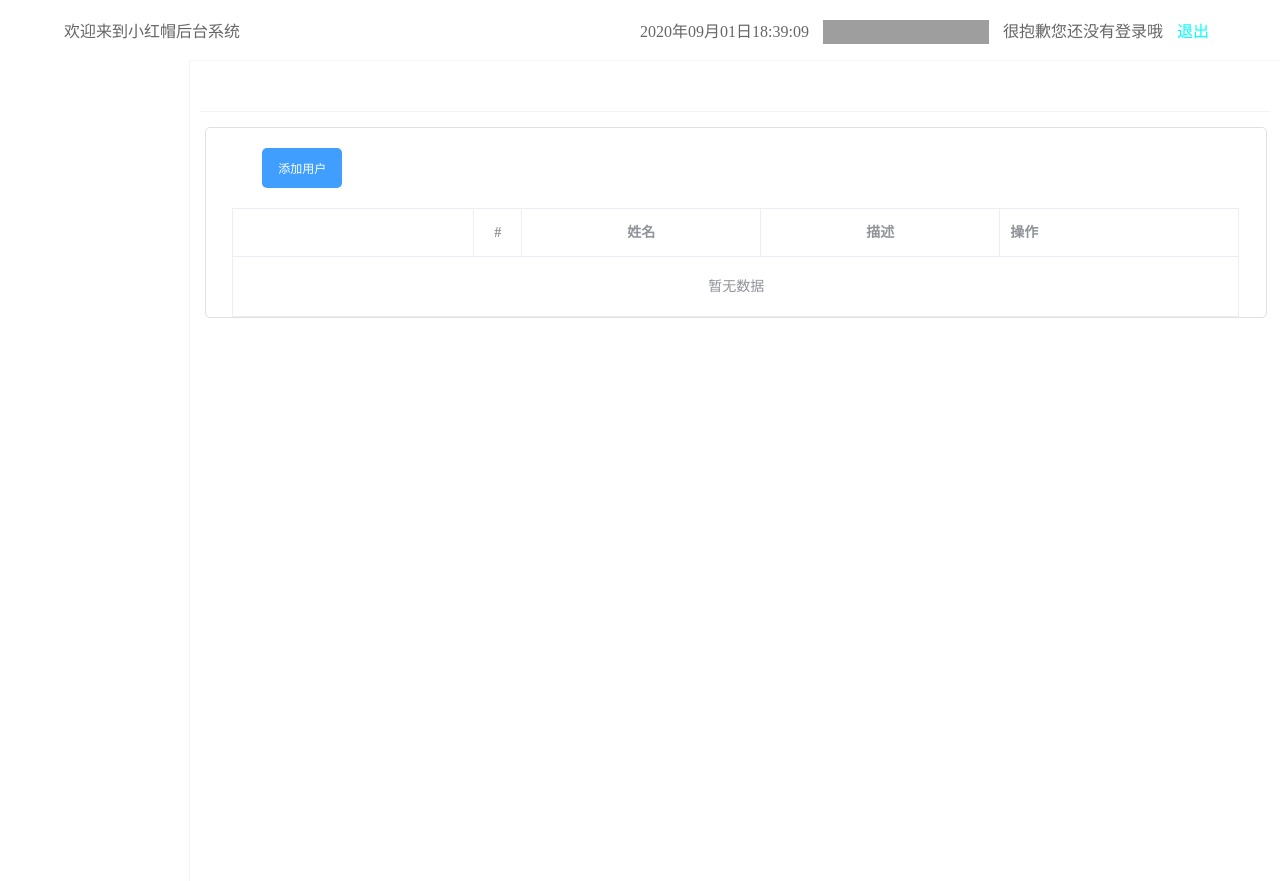
Repository: jinggegeZ/whitesystem
Page: /rights/roles
An editor plug-in stored every save of this project. The page is shown before and after the next save, followed by the edit.
The browser window is 1280 px wide. The pictures show the whole page.
Pictures or frames that could not be fetched are drawn as grey boxes. The page's requests for data from a server got no answer. The project was rebuilt for these pictures with package versions that can differ from the ones it lists, and the page was loaded fresh each time. No one was signed in, and anything a server would have sent is missing. Also part of the build but not shown: vue.config.js, src/views/Home.vue.

Above is the page before, as saved 2020-09-02 12:54:02.

After the next save:
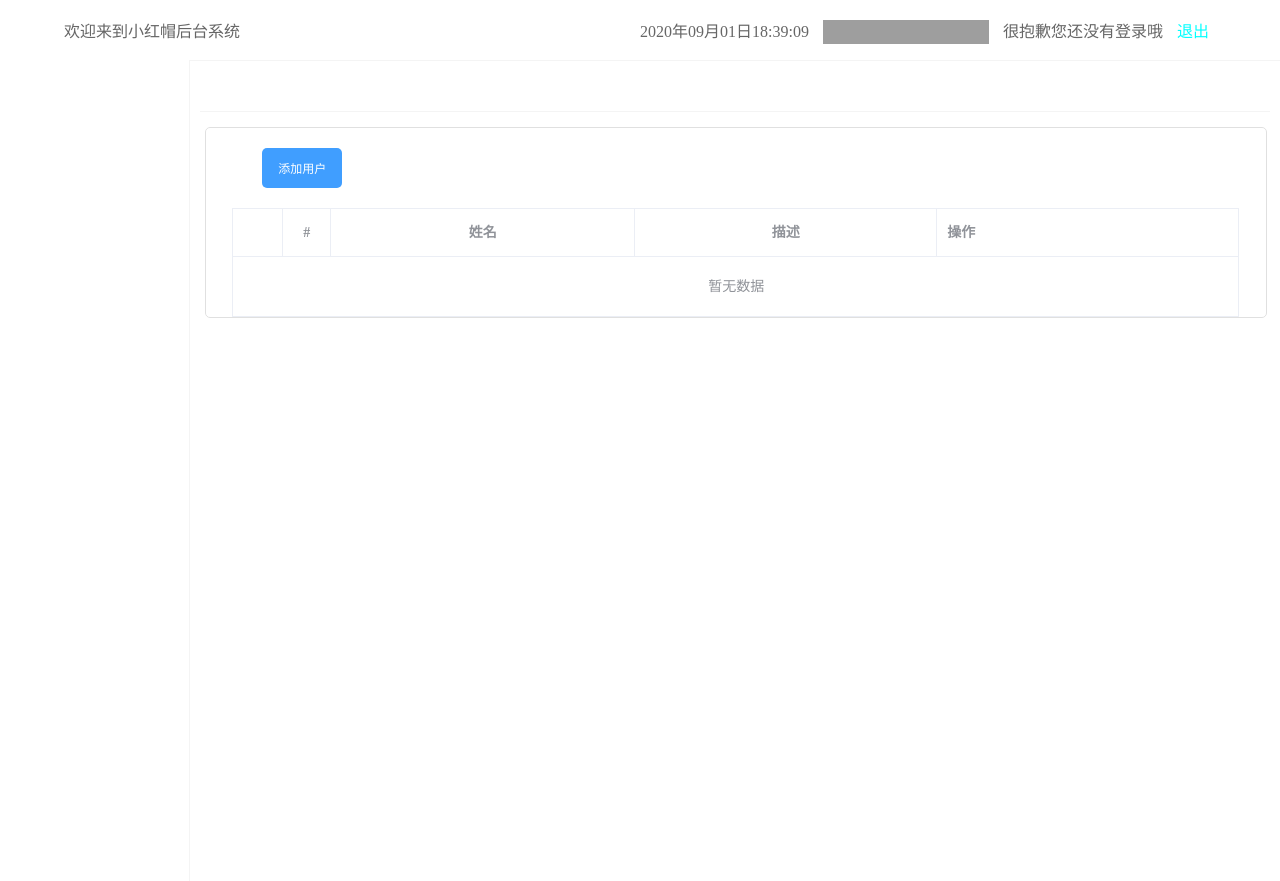
Saved 11 s later.
--- a/src/views/roleList/RoleList.vue
+++ b/src/views/roleList/RoleList.vue
@@ -47,7 +47,7 @@
         <div class="list_b">
           <el-table :data="roles" border stripe style="width: 100%">
           <!-- 展开符 -->
-            <el-table-column label="" align="center" ></el-table-column>
+            <el-table-column label="" align="center" width="50"></el-table-column>
             <!-- 下标 -->
             <el-table-column label="#" type="index" :index="indexMethod" align="center"></el-table-column>
             <!-- 姓名 -->
